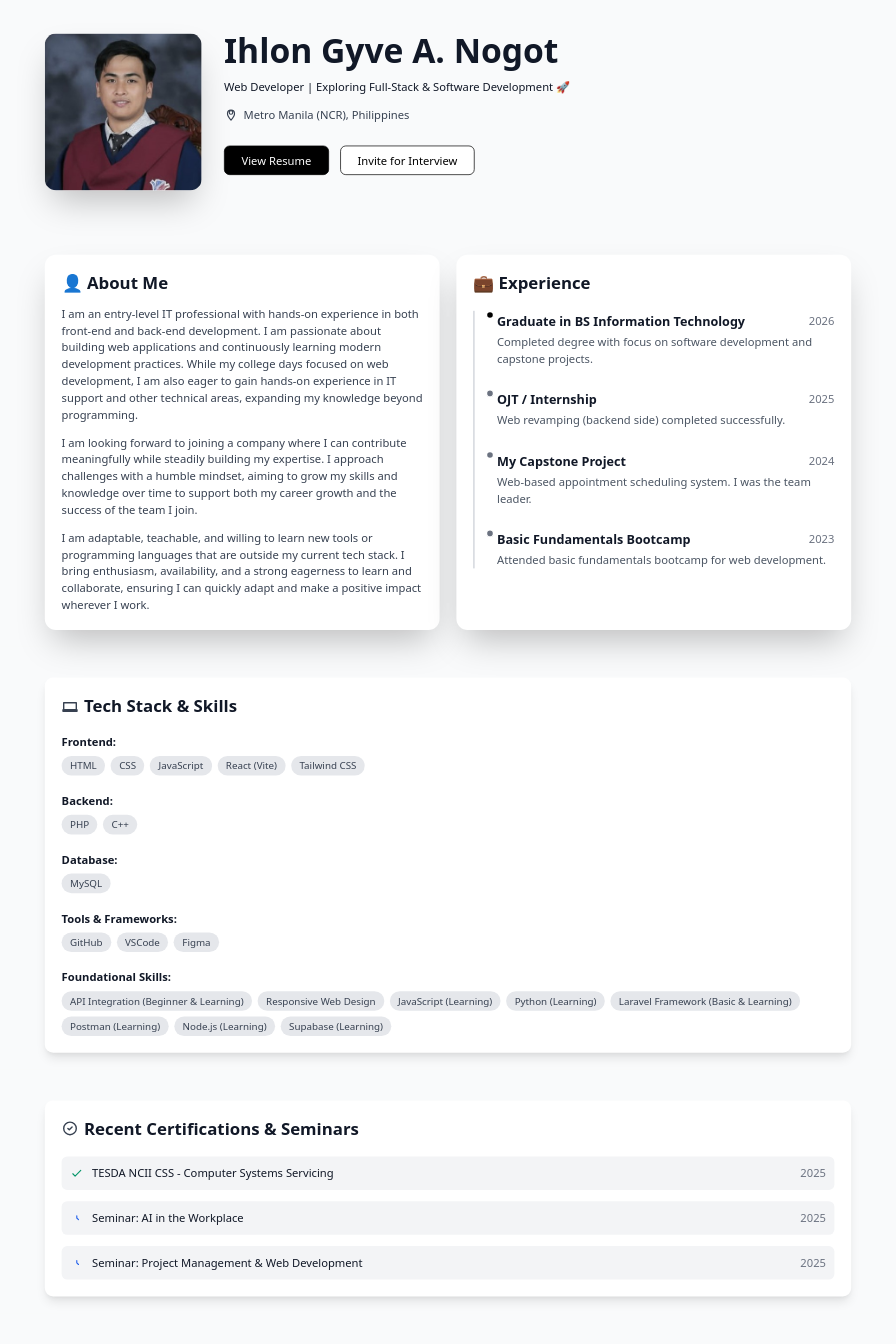
Repository: MeekSharkdev/cv-portfolio
Page: index.html
These files come from the project's save history. The page is drawn as it stood at one moment and after the next save; the edit follows.
The browser window is 1280 px wide. The pictures show the part of the page from y = 0 to 1920 px (the page is 2616 px tall), at 70% of full size.
A picture or video elsewhere on the page could not be fetched, so the positions and the page height are approximate.

Above is the page before, as saved 2026-01-31 20:22:42.
Not found: styles.css

After the next save:
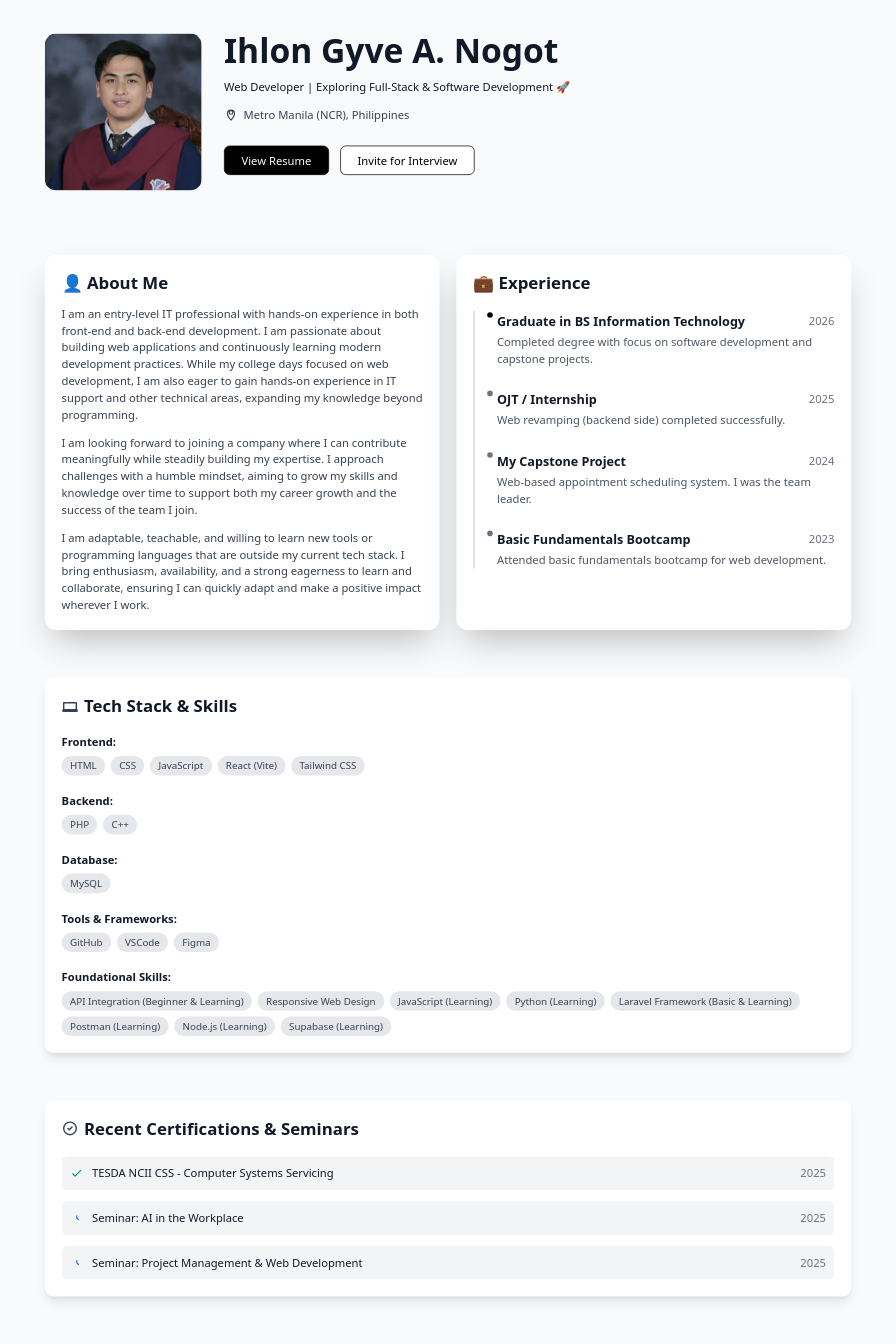
Saved 8 s later.
--- a/index.html
+++ b/index.html
@@ -20,7 +20,7 @@
             <!-- Profile Image -->
             <div class="flex-shrink-0">
                 <img src="./assets/images/Cropted.jpg" alt="Profile Picture"
-                    class="w-48 h-48 md:w-56 md:h-56 object-cover rounded-2xl shadow-2xl">
+                    class="w-48 h-48 md:w-56 md:h-56 object-cover rounded-2xl shadow-3xl">
             </div>
 
             <!-- Info Section -->
